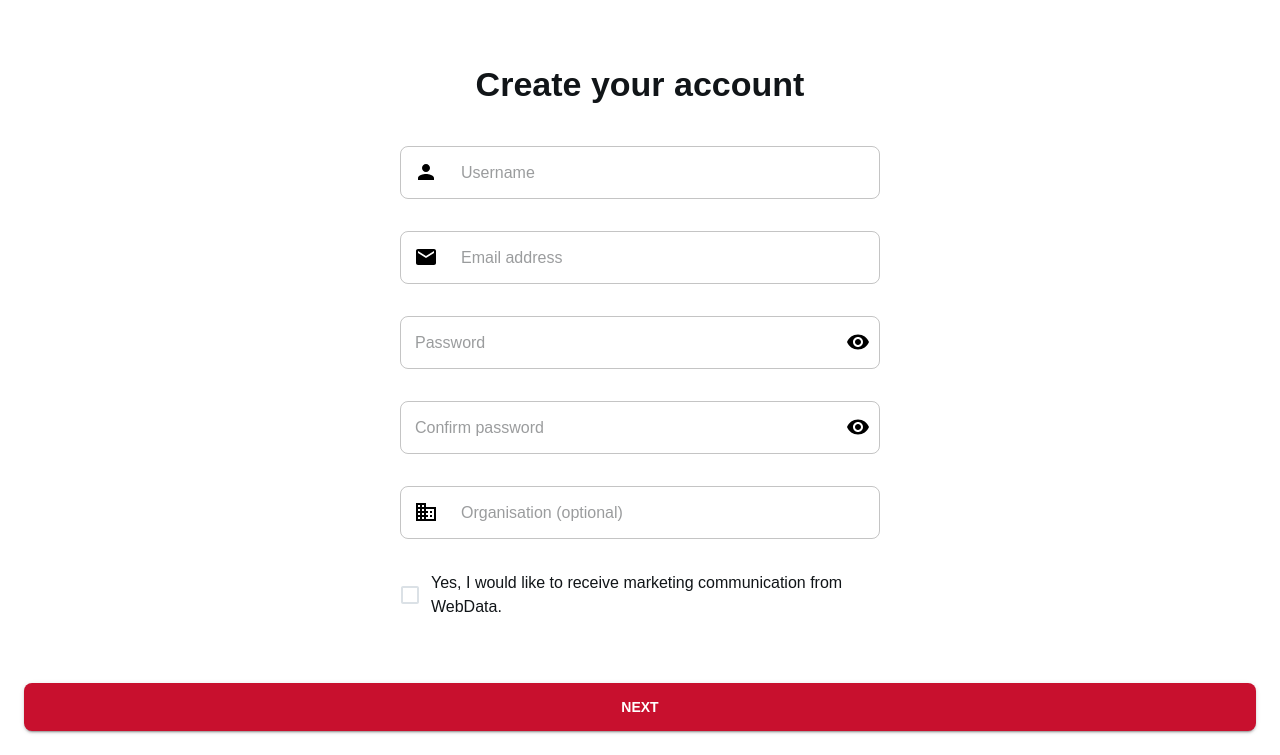
Repository: Pascal-Ahmadu/Tender-download-system
Page: /register (app in frontend/)
An editor plug-in stored every save of this project. The page is shown before and after the next save, followed by the edit.
The browser window is 1280 px wide. The pictures show the whole page.
The page's requests for data from a server got no answer. Some web fonts or font styles are not loaded; a fallback is used. The project was rebuilt for these pictures with package versions that can differ from the ones it lists, and the page was loaded fresh each time. No one was signed in, and anything a server would have sent is missing. Also part of the build but not shown: frontend/vite.config.js, frontend/src/components/pages/LoginPage.jsx.

Above is the page before, as saved 2024-07-31 08:17:44.

After the next save:
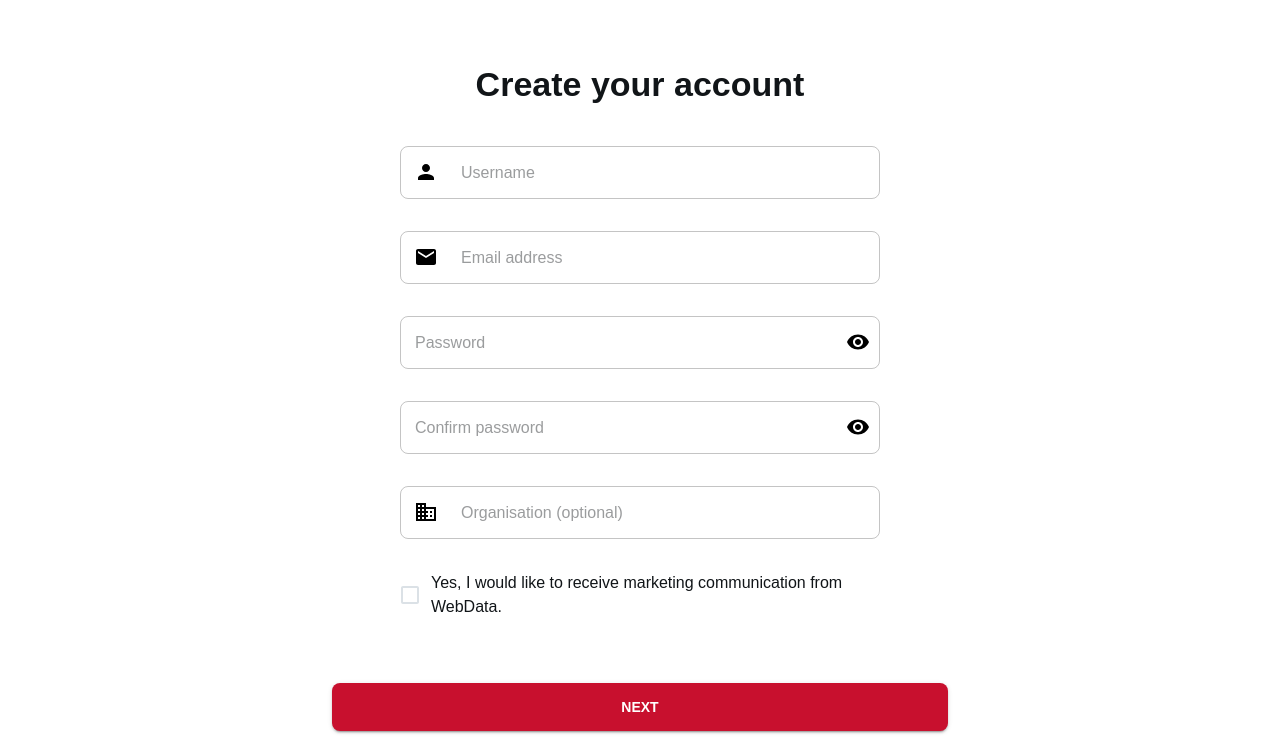
Saved 33 s later.
--- a/frontend/src/components/pages/RegistrationPage.jsx
+++ b/frontend/src/components/pages/RegistrationPage.jsx
@@ -373,7 +373,7 @@ function SignupForm() {
             borderRadius: 2,
             py: 1.5, // Adjust vertical padding for height
             mt: 2, // Margin top for spacing
-            width: "100%", // Ensure button width is 100% of container width
+            width: "50%", // Ensure button width is 100% of container width
             boxSizing: "border-box", // Ensure padding is included in width
             "&:hover": {
               bgcolor: "#a50f1d", // Slightly darker on hover
